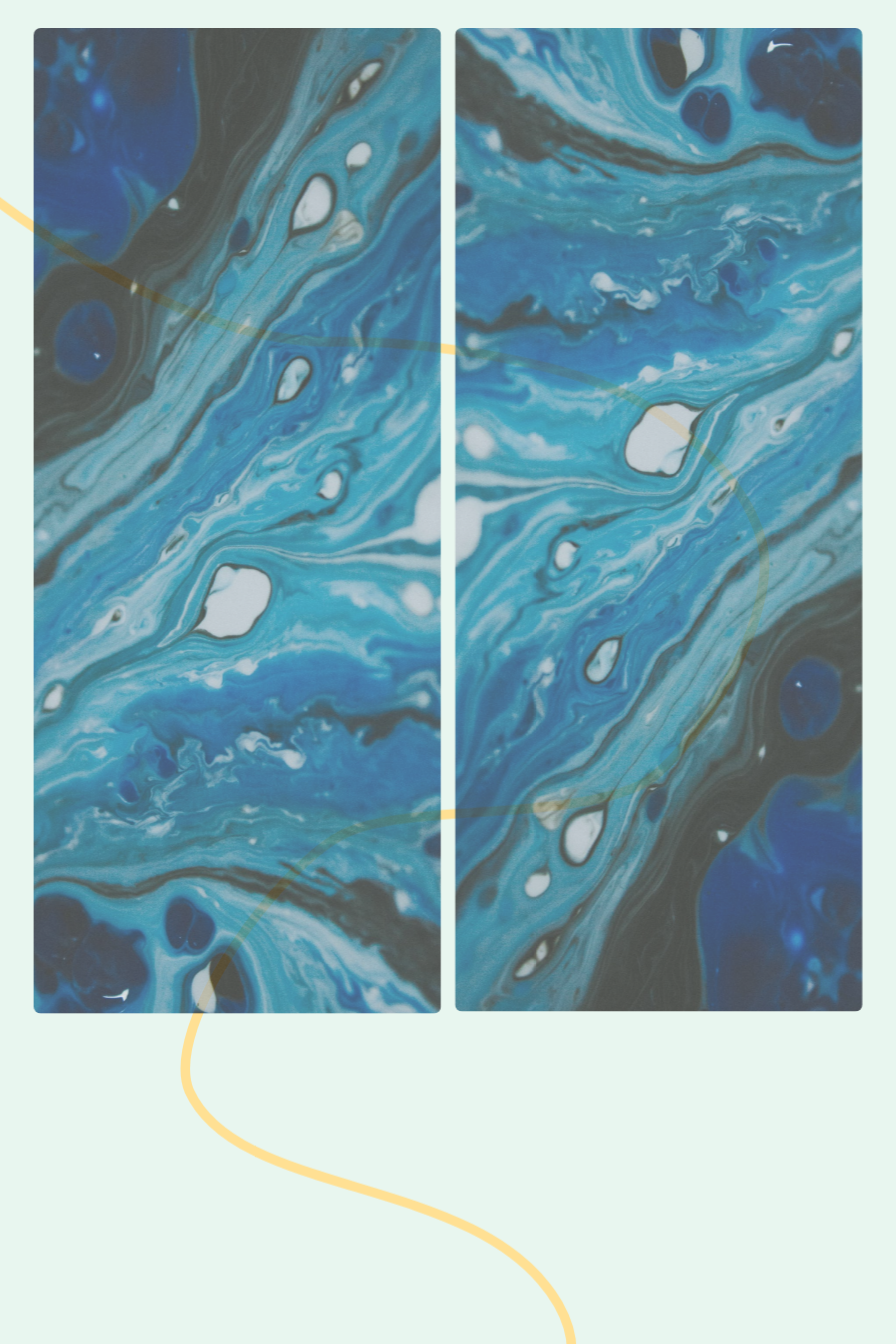
Repository: neomort/comm-lab-vid-site
Page: index.html
These files come from the project's save history. The page is drawn as it stood at one moment and after the next save; the edit follows.
The browser window is 1280 px wide. The pictures show the part of the page from y = 0 to 1920 px (the page is 3436 px tall before and 1492 px after), at 70% of full size.
After loading, the first visible `#findLine` was clicked once.
Some web libraries are served in a nearby version.

Above is the page before, as saved 2021-09-23 10:58:25.

### index.html
<!DOCTYPE html>

<html>
<head>

  <script src="https://cdnjs.cloudflare.com/ajax/libs/bodymovin/5.6.3/lottie.min.js" integrity="sha256-lZIvAx83WLHALrd5UIfVRAkDgVmAIxUt8JqPhNZIs4Q=" crossorigin="anonymous"></script>
  <title>The String: 30 second film festival home</title>
<link rel="icon" href="images/chicken.png"/>
<link rel="stylesheet" href="./css/styles.css" />
</head>

<body class="bg-2">
  <div >
    <div id="greeting" class="default-margin">
      <div class="row">
        <div id="animation">
        <div class="font centered-animation" id="Connectline1_lottie_container"></div>
        </div>
        <a id="findLine" onclick="toggleAnimation()">
         <div class="column container">
          <img class="image-1" src="images/Rectangle 20.png" />
          <H1 class="font centered-text text-light show">Watch</H1>
        </div>
      </a>
      <a href="links.html">
        <div class="column-2 container">
          <img class="image-1" src="images/Rectangle 21.png" />
          <H1 class="font centered-text text-light show">Explore</H1>
        </div>
      </a>

      </div>


    </div>

</div>
</body>
<script src="js/Connectline1.js"></script>
<script src="js/script.js"></script>
<script>
let element = document.getElementById("Connectline1_lottie_container");
lottie.loadAnimation({
  container: element, // the dom element that will contain the animation
  renderer: 'svg',
  loop: true,
  autoplay: true,
  animationData: Connectline1AnimationData // the path to the animation json
});
</script>
</html>

### css/styles.css
/* background colors */
/* color scheme */
.bg-1 {
  /* Yellow */
  background: #FFE194;
}

.bg-2 {
  /* Light */
  background: #E8F6EF;
}

.bg-3 {
  /* medium */
  background: #B8DFD8;
}

.bg-4 {
  /* dark */
  background: #4C4C6D;
}

.text-light {
  /* Light */
  color: #E8F6EF;
}

.text-dark {
  /* dark */
  color: #4C4C6D;
}

.font {
  font-family: Poppins;
}



/* flex properties */

.row {
  display: flex;
}

.column {
  flex: 50%;
  padding: 10px;
}

.column-2 {
  flex: 50%;
  padding: 10px;
  align-content: end;
}

.default-margin{
  margin: 30px;

}

/* fancy container button */

.container {
  position: relative;
  text-align: center;
  opacity: 70%;
  transition: 0.3s;
}

.container img{
  border-radius: 10px;
  width: 100%;
  opacity: 100%;
  transition: 0.3s;
}

.container:hover {
  position: relative;
  text-align: center;
  opacity: 100%;
  transition: 0.3s;
}

.container:hover .show{
  opacity: 1;
}

.show {
  opacity: 0;
  transition: 0.3s;
}

/* iframe box */

.frame {
  padding-top: 56.25%;
  position:relative;
}

.bar {
  width: 100%;
}

.header-text {
  font-size: 4em;
  position: relative;
  text-align: center;

}


/* .drop-container{
  object-fit: cover;
  position: relative;
  text-align: center;
  opacity: 70%;
  transition: 0.3s;
}

.image-2{
  object-fit: cover;
  border-radius: 10px;
  width: 1000px;
  opacity: 100%;

  transition: 0.3s;
}

.drop-container:hover .image-2{
  object-fit: cover;
  border-radius: 10px;
  width: 100%;
  opacity: 100%;
  height: 300px;
  transition: 0.3s;
} */







.centered-text {
  position: absolute;
  top: 10%;
  left: 50%;
  transform: translate(-50%, -50%);
}

.mirror {
  transform: scaleX(-1);
}

.centered-animation {
  position: absolute;
  top: 50%;
  left: 50%;
  transform: translate(-50%, -10%);
}

#Connectline1_lottie_container {
  width: 100%;


}

#Connectline1_lottie_container svg {
  pointer-events: none;
}

### js/script.js
let makeLineAppear = document.getElementById("findLine");

let animationWatch = document.getElementById("animationWatch");



function toggleAnimation(){

  var animation = document.getElementById("animation");
  var displaySetting = animation.style.display;

  if(displaySetting == 'inline'){
    animation.style.display  = 'none';
    console.log("animation doesn't show");
  }else {
    animation.style.display = 'inline';
    console.log("animation shows");
  }
}

// makeLineAppear.addEventListener('click', () => {
//   console.log("you clicked me"); // test if event listener is called
//   if(displaySetting == 'none'){
//     animationWatch.style.display  = 'inline';
//     console.log("animation shows");
//   }else if (displaySetting == 'inline'){
//     animationWatch.style.display = 'none';
//     console.log("animation doesn't show");
//   }
// })


let makeButtonstAppear = () => {
  document.getElementById("big-button").style.opacity = 100;
}

let makeButtonsDisappear = () => {
  setTimeout(() => {
    document.getElementById("big-button").style.opacity = 0;
  }, 500)
}


let greetingElement = document.getElementById("greeting");

// greetingElement.addEventListener('mouseenter', makeButtonsAppear)
// greetingElement.addEventListener('mouseleave', makeButtonsDisappear)

Loaded but not shown: js/Connectline1.js (1091 lines, source omitted)

After the next save:
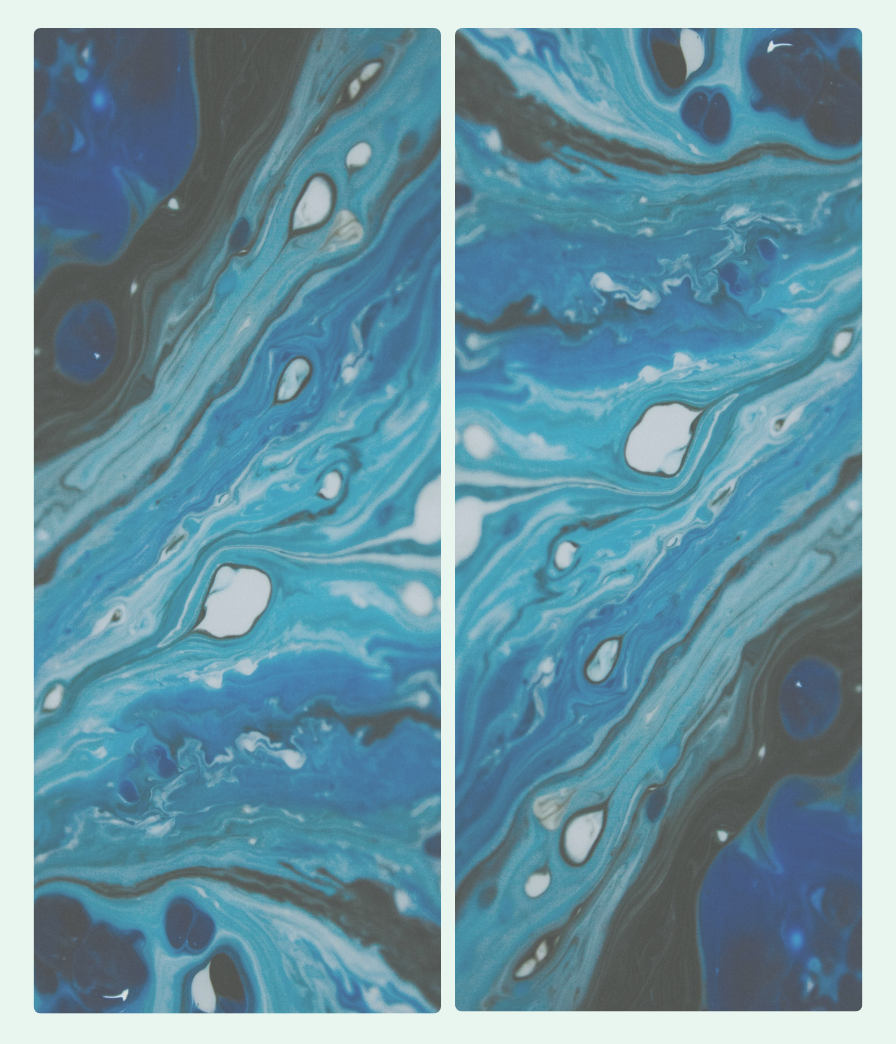
Saved 65 s later.
--- a/js/script.js
+++ b/js/script.js
@@ -9,12 +9,13 @@
   var animation = document.getElementById("animation");
   var displaySetting = animation.style.display;
 
-  if(displaySetting == 'inline'){
-    animation.style.display  = 'none';
+  if(displaySetting == 'none'){
+    animation.style.display  = 'inline';
+    console.log("animation shows");
+
+  }else {
+    animation.style.display = 'none';
     console.log("animation doesn't show");
-  }else {
-    animation.style.display = 'inline';
-    console.log("animation shows");
   }
 }
 

After the save that followed:
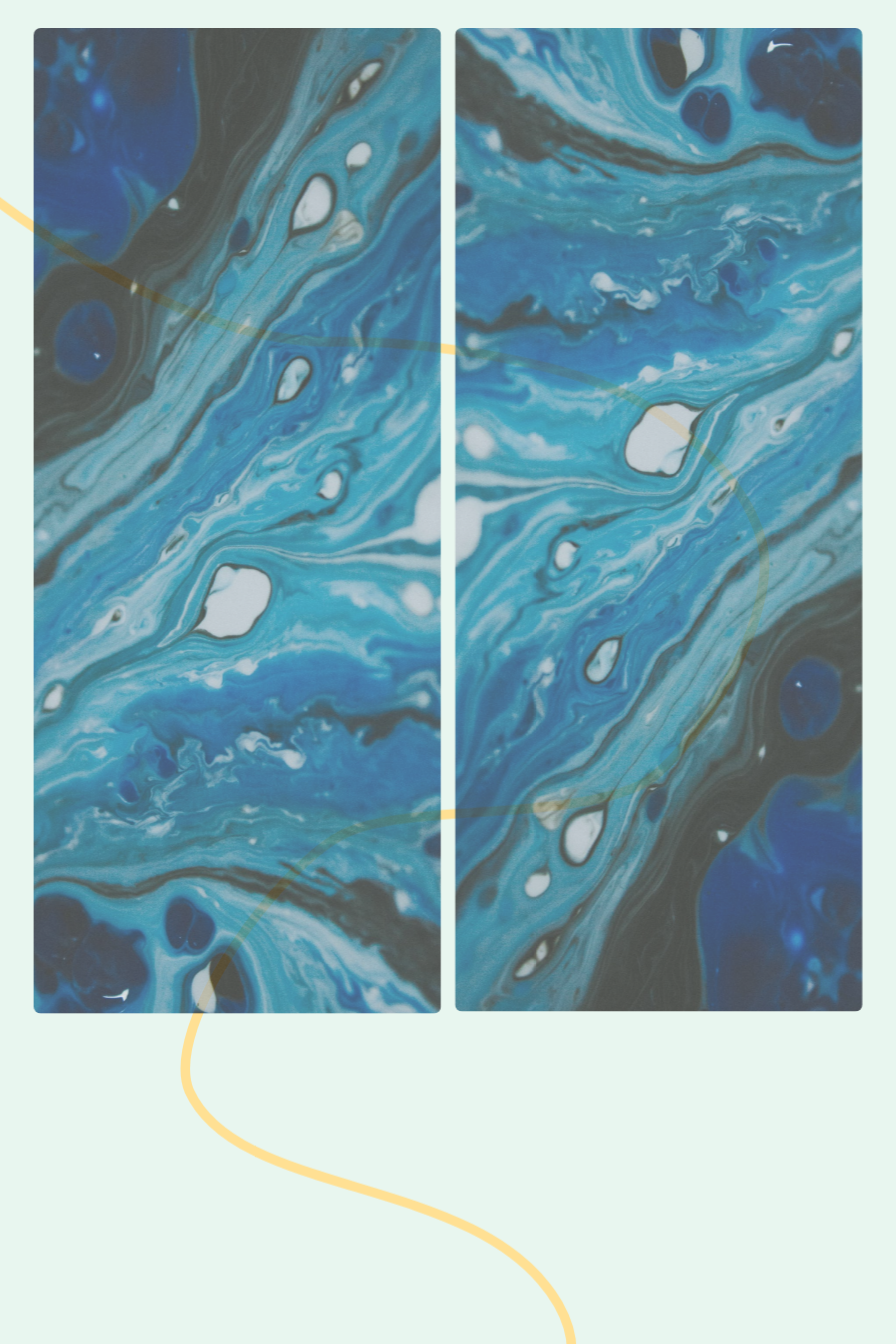
Saved 51 s later.
--- a/js/script.js
+++ b/js/script.js
@@ -9,13 +9,12 @@
   var animation = document.getElementById("animation");
   var displaySetting = animation.style.display;
 
-  if(displaySetting == 'none'){
-    animation.style.display  = 'inline';
+  if(displaySetting == 'inline'){
+    animation.style.display  = 'none';
+    console.log("animation doesn't show");
+  }else {
+    animation.style.display = 'inline';
     console.log("animation shows");
-
-  }else {
-    animation.style.display = 'none';
-    console.log("animation doesn't show");
   }
 }
 
